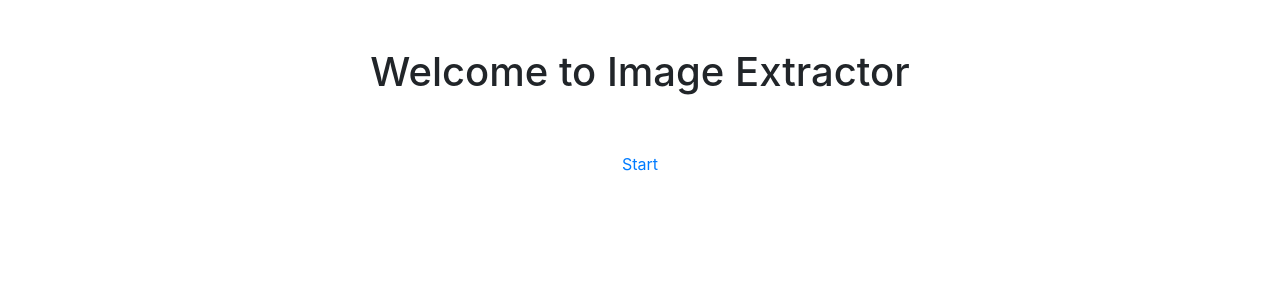
Repository: Rainam98/ImageExtractor
Page: http://localhost/demo/
The author's editor kept a copy of each file at every save. The page is drawn from the files as they stood at one save, then again after the next save.
The browser window is 1280 px wide. The pictures show the whole page.
The page is served by Tomcat 9.

Above is the page before, as saved 2023-06-02 05:06:07.

After the next save:
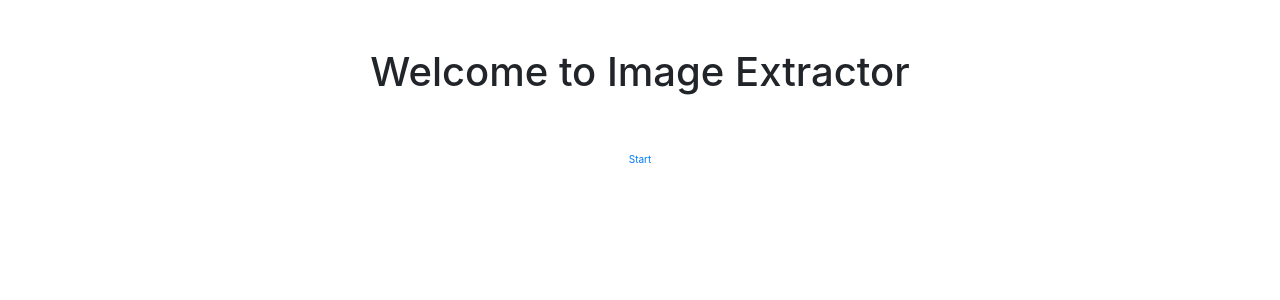
Saved 32 s later.
--- a/demo/src/main/webapp/index.jsp
+++ b/demo/src/main/webapp/index.jsp
@@ -12,7 +12,7 @@
 	<h1 class="mt-5">Welcome to Image Extractor</h1>
 	<br>
 	<br>
-	<a class href="/start">Start</a>
+	<a style="font-size: 10px" href="/start">Start</a>
 	</div>
 </body>
 </html>
